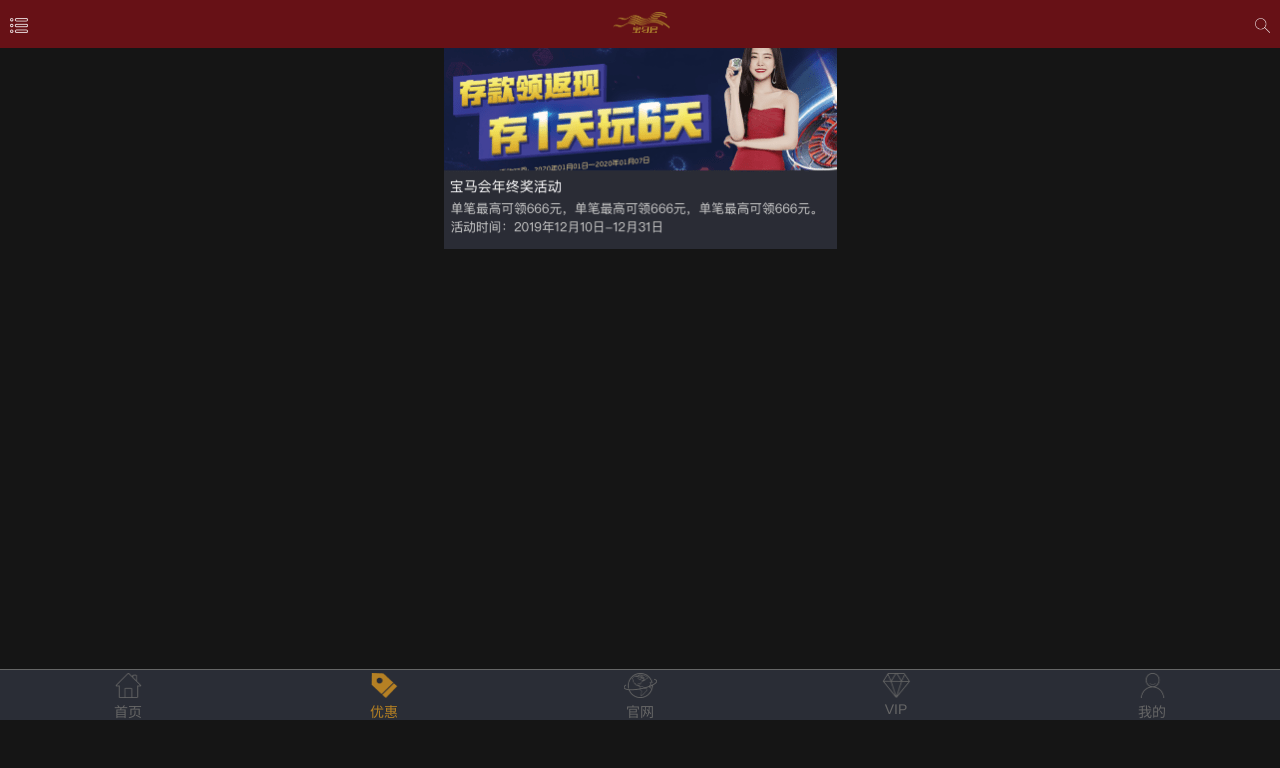
Repository: ada6688/IntegralMall
Page: /Youhui
An editor plug-in stored every save of this project. The page is shown before and after the next save, followed by the edit.
The browser window is 1280 px wide. The pictures show the whole page.
The project was rebuilt for these pictures with package versions that can differ from the ones it lists, and the page was loaded fresh each time. Also part of the build but not shown: src/components/page/notice.vue, src/components/page/shouye.vue, src/components/page/MainNav.vue, src/components/page/Member.vue, src/components/common/Topnav-c.vue, src/components/page/Vip.vue, src/router/index.js.

Above is the page before, as saved 2020-01-03 13:27:23.

After the next save:
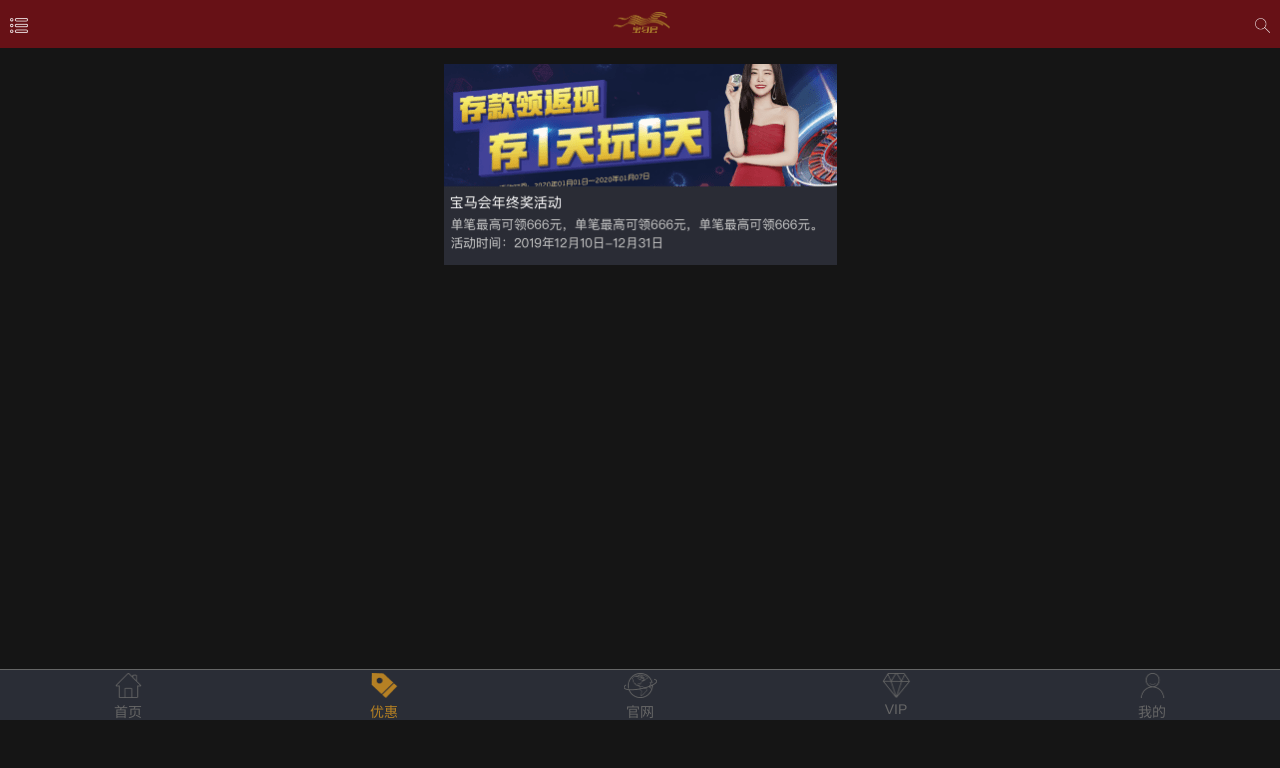
Saved 45 s later.
--- a/src/assets/css/index.css
+++ b/src/assets/css/index.css
@@ -50,7 +50,7 @@
 }
 /******************* 优惠 *******************/
 .yh-wrap div{
-  margin-top: 3rem;
+  padding-top: 1rem;
 }
 /******************* VIP *******************/
 .level-welfare-wrap, .level-require-wrap{
